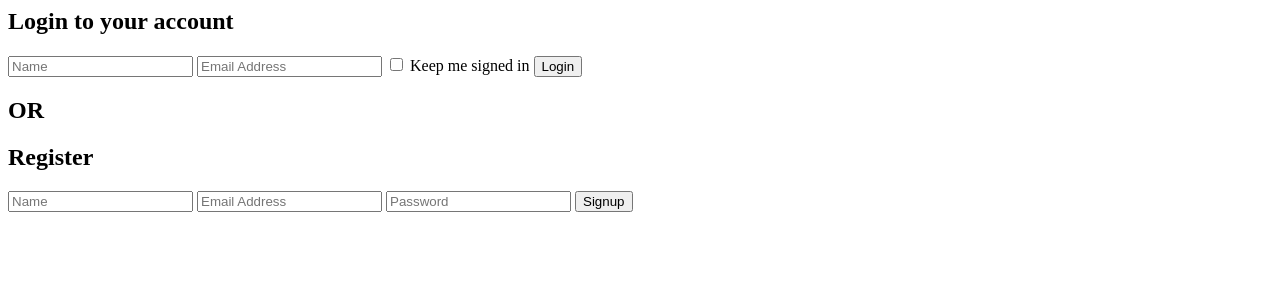
Repository: PaulLabat/RenTech
Page: http://localhost/RenTech/views/login.jsp
The author's editor kept a copy of each file at every save. The page is drawn from the files as they stood at one save, then again after the next save.
The browser window is 1280 px wide. The pictures show the whole page.
The page is served by Tomcat 9. Other server files are loaded and not shown.

Above is the page before, as saved 2014-10-29 09:39:50.

### RenTech/WebContent/views/login.jsp
	<section id="form"><!--form-->
		<div class="container">
			<div class="row">
				<div class="col-sm-4 col-sm-offset-1">
					<div class="login-form"><!--login form-->
						<h2>Login to your account</h2>
						<form action="#">
							<input type="text" placeholder="Name" />
							<input type="email" placeholder="Email Address" />
							<span>
								<input type="checkbox" class="checkbox">
								Keep me signed in
							</span>
							<button type="submit" class="btn btn-default">Login</button>
						</form>
					</div><!--/login form-->
				</div>
				<div class="col-sm-1">
					<h2 class="or">OR</h2>
				</div>
				<div class="col-sm-4">
					<div class="signup-form"><!--sign up form-->
						<h2>Register</h2>
						<form action="#">
							<input type="text" placeholder="Name"/>
							<input type="email" placeholder="Email Address"/>
							<input type="password" placeholder="Password"/>
							<button type="submit" class="btn btn-default">Signup</button>
						</form>
					</div><!--/sign up form-->
				</div>
			</div>
		</div>
	</section><!--/form-->

After the next save:
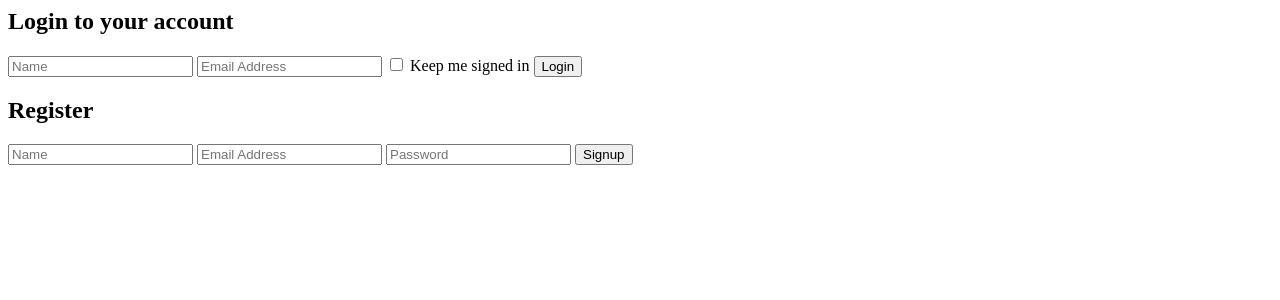
Saved 13 s later.
--- a/RenTech/WebContent/views/login.jsp
+++ b/RenTech/WebContent/views/login.jsp
@@ -15,9 +15,7 @@
 						</form>
 					</div><!--/login form-->
 				</div>
-				<div class="col-sm-1">
-					<h2 class="or">OR</h2>
-				</div>
+
 				<div class="col-sm-4">
 					<div class="signup-form"><!--sign up form-->
 						<h2>Register</h2>
